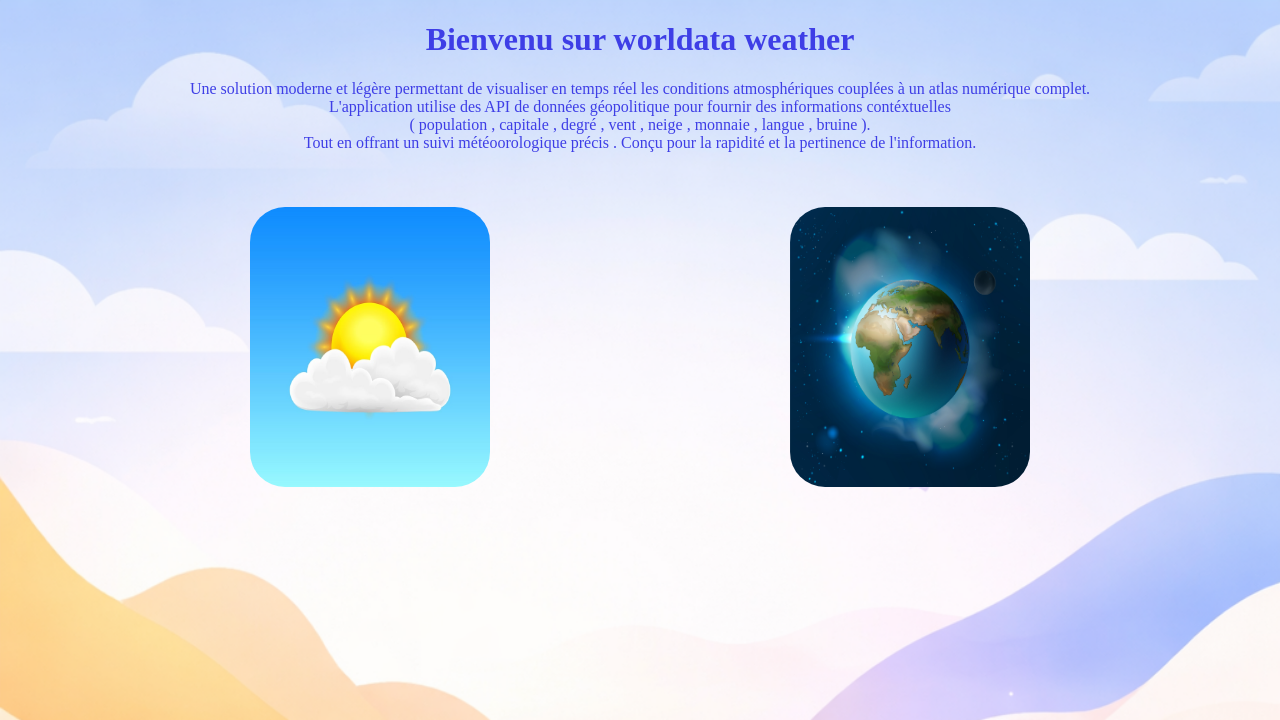
Repository: assanendao171/meteo
Page: index.html
These files come from the project's save history. The page is drawn as it stood at one moment and after a run of saves; the edit follows.
The browser window is 1280 px wide. The pictures show the whole page.

Above is the page before, as saved 2026-03-18 17:01:57.

### index.html
<!DOCTYPE html>
<html lang="en">
<head>
    <meta charset="UTF-8">
    <meta name="viewport" content="width=device-width, initial-scale=1.0">
    <title>Document</title>
    <link rel="stylesheet" href="style.css">
</head>
<body>
    <h1>Bienvenu sur worldata weather</h1>
    <p>Une solution moderne et légère permettant de visualiser en temps réel les conditions atmosphériques couplées à un atlas numérique
        complet. <br> L'application utilise des API de données géopolitique pour fournir des informations contéxtuelles <br>
        ( population , capitale , degré , vent , neige , monnaie , langue , bruine ). <br>
        Tout en offrant un suivi météoorologique précis . Conçu pour la rapidité et la  pertinence de l'information.
    </p>
    <div id="contain">
        <div id="img1">
            <img src="acceuil.jpg" alt="meteo">

        </div>
        <div id="ima2">
<img src="18966224.jpg" alt="la terre">

        </div>
    </div>
</body>
</html>

### style.css
body{
    background-image: url("fondacceuil.png");
    background-size: cover;
    background-repeat: no-repeat;
    bac
}
img{
    width: 240px;
    height: 280px;
    border-radius: 35px;
}
h1,p{
    text-align: center;
    color: rgb(62, 62, 230);
}
#contain{
    display: flex;
    gap: 300px;
flex-direction: row;
justify-content: center;
align-items: center;
margin-top:55px
}

After the next 2 saves:
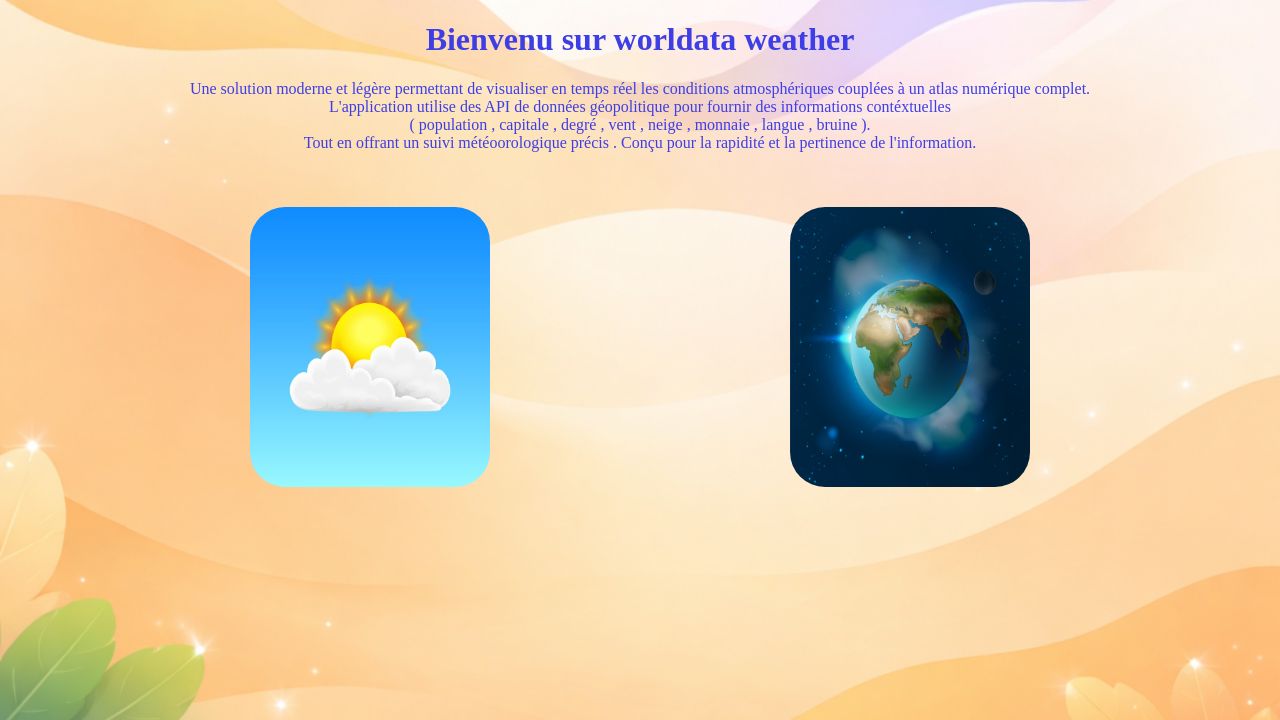
The 2 saves are shown as one change because they came seconds apart.
The last was saved 7 s later.
--- a/style.css
+++ b/style.css
@@ -2,7 +2,7 @@
     background-image: url("fondacceuil.png");
     background-size: cover;
     background-repeat: no-repeat;
-    bac
+    background-position: center;
 }
 img{
     width: 240px;

After the save that followed:
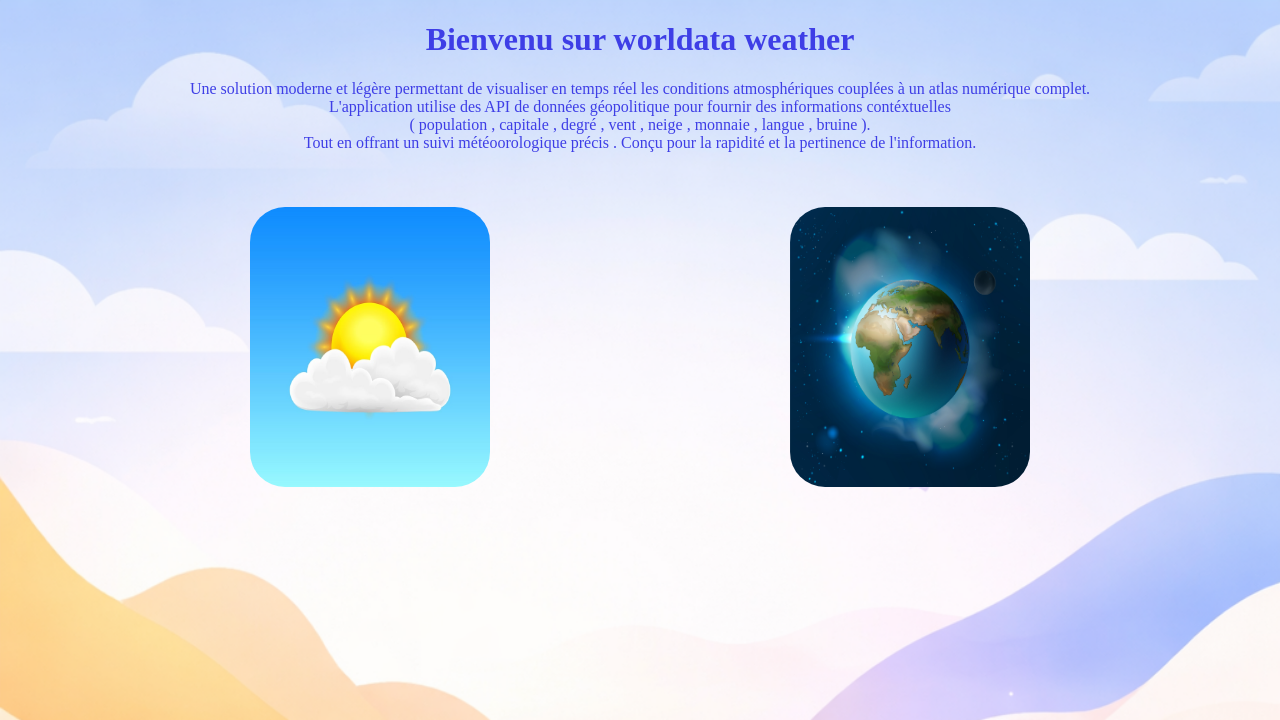
Saved 10 s later.
--- a/style.css
+++ b/style.css
@@ -2,7 +2,6 @@
     background-image: url("fondacceuil.png");
     background-size: cover;
     background-repeat: no-repeat;
-    background-position: center;
 }
 img{
     width: 240px;
